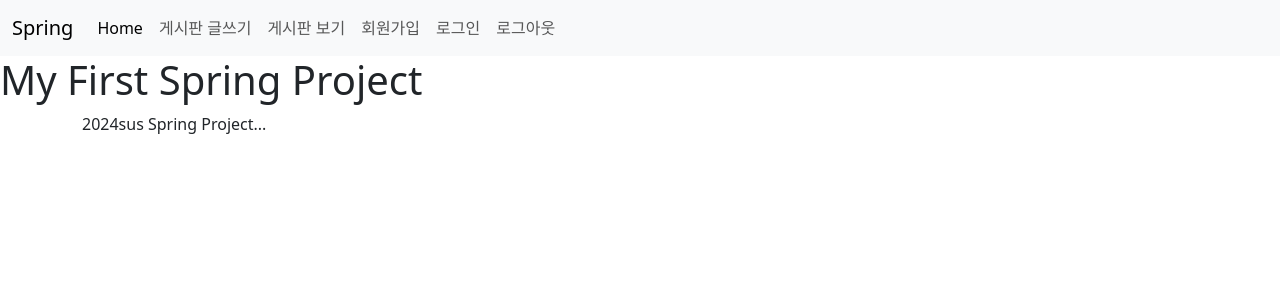
Repository: Ceciliaseon/springTest20240430
Page: http://localhost/spring_study/WEB-INF/views/index.jsp
The author's editor kept a copy of each file at every save. The page is drawn from the files as they stood at one save, then again after the next save.
The browser window is 1280 px wide. The pictures show the whole page.
The page is served by Tomcat 9. Nobody is signed in. The template is opened directly, without the code that normally fills it, so the values that code supplies are empty.

Above is the page before, as saved 2024-04-25 08:00:49.
Console error: ReferenceError: msg_login is not defined

### spring_study/src/main/webapp/WEB-INF/views/index.jsp
<%@ taglib uri="http://java.sun.com/jsp/jstl/core" prefix="c" %>
<%@ page language="java" contentType="text/html; charset=UTF-8" pageEncoding="UTF-8" %>

<jsp:include page="layout/header.jsp"></jsp:include>

<h1>
	My First Spring Project
</h1>


<script type="text/javascript">
	const mag_login = `<c:out value="${msg_login}" />`;
	if(msg_login === '1'){
		alert("로그인 실패")
	}

</script>

<jsp:include page="layout/footer.jsp"></jsp:include>

### spring_study/src/main/webapp/WEB-INF/views/layout/header.jsp
<%@ page language="java" contentType="text/html; charset=UTF-8"
    pageEncoding="UTF-8"%>
<!DOCTYPE html>
<html>
<head>
<meta charset="UTF-8">
<title>header.jsp</title>
<link href="https://cdn.jsdelivr.net/npm/bootstrap@5.3.3/dist/css/bootstrap.min.css" rel="stylesheet" integrity="sha384-QWTKZyjpPEjISv5WaRU9OFeRpok6YctnYmDr5pNlyT2bRjXh0JMhjY6hW+ALEwIH" crossorigin="anonymous">
<script src="https://cdn.jsdelivr.net/npm/bootstrap@5.3.3/dist/js/bootstrap.bundle.min.js" integrity="sha384-YvpcrYf0tY3lHB60NNkmXc5s9fDVZLESaAA55NDzOxhy9GkcIdslK1eN7N6jIeHz" crossorigin="anonymous"></script>
</head>
<body>

<nav class="navbar navbar-expand-lg bg-body-tertiary">
  <div class="container-fluid">
    <a class="navbar-brand" href="#">Spring</a>
    <button class="navbar-toggler" type="button" data-bs-toggle="collapse" data-bs-target="#navbarSupportedContent" aria-controls="navbarSupportedContent" aria-expanded="false" aria-label="Toggle navigation">
      <span class="navbar-toggler-icon"></span>
    </button>
    <div class="collapse navbar-collapse" id="navbarSupportedContent">
      <ul class="navbar-nav me-auto mb-2 mb-lg-0">
        <li class="nav-item">
          <a class="nav-link active" aria-current="page" href="#">Home</a>
        </li>
        <li class="nav-item">
          <a class="nav-link" href="/board/register">게시판 글쓰기</a>
        </li>
        <li class="nav-item">
          <a class="nav-link" href="/board/list">게시판 보기</a>
        </li>
        <li class="nav-item">
          <a class="nav-link" href="/member/register">회원가입</a>
        </li>
        <li class="nav-item">
          <a class="nav-link" href="/member/login">로그인</a>
        </li>
        <li class="nav-item">
          <a class="nav-link" href="#">로그아웃</a>
        </li>
      </ul>
    </div>
  </div>
</nav>

### spring_study/src/main/webapp/WEB-INF/views/layout/footer.jsp
<%@ page language="java" contentType="text/html; charset=UTF-8"
    pageEncoding="UTF-8"%>

<div class="container-md">
	2024sus Spring Project...
</div>

</body>
</html>

After the next save:
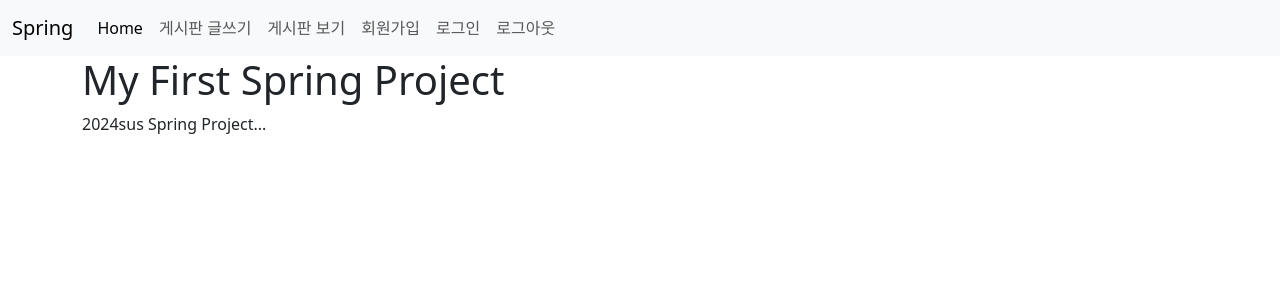
Saved 35 s later.
--- a/spring_study/src/main/webapp/WEB-INF/views/index.jsp
+++ b/spring_study/src/main/webapp/WEB-INF/views/index.jsp
@@ -3,9 +3,12 @@
 
 <jsp:include page="layout/header.jsp"></jsp:include>
 
-<h1>
-	My First Spring Project
-</h1>
+<div class="container-md">
+	<h1>
+		My First Spring Project
+	</h1>
+</div>
+
 
 
 <script type="text/javascript">
